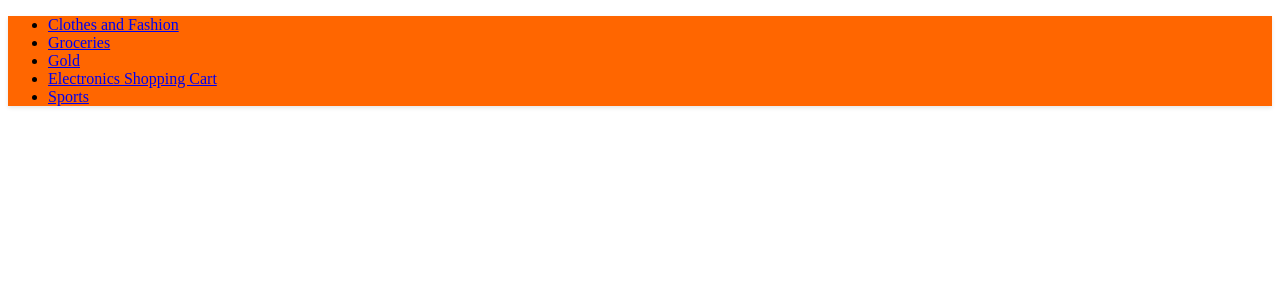
Repository: Maheshbabur789/BookStore
Page: MyLabs/OnlineMarketing/src/main/webapp/login.html
These files come from the project's save history. The page is drawn as it stood at one moment and after the next save; the edit follows.
The browser window is 1280 px wide. The pictures show the whole page.

Above is the page before, as saved 2024-11-07 11:18:23.

### MyLabs/OnlineMarketing/src/main/webapp/login.html
<!DOCTYPE html>
<html>
<head>
<meta charset="UTF-8">
<title>Insert title here</title>

<style>
    header {
    background-color: #ff6600; /* Change this color to your desired header background color */
    box-shadow: 0 2px 4px rgba(0, 0, 0, 0.1);
}
</style>
</head>
<body>
 <header>
        <nav>
            <ul>
                <li><a href="#products">Clothes and Fashion</a></li>
                <li><a href="#categories">Groceries</a></li>
                <li><a href="#deals">Gold</a></li>
                <li><a href="#cart">Electronics Shopping Cart</a></li>
                <li><a href="#cart">Sports</a></li>
            </ul>
        </nav>
    </header></body>
</html>

After the next save:
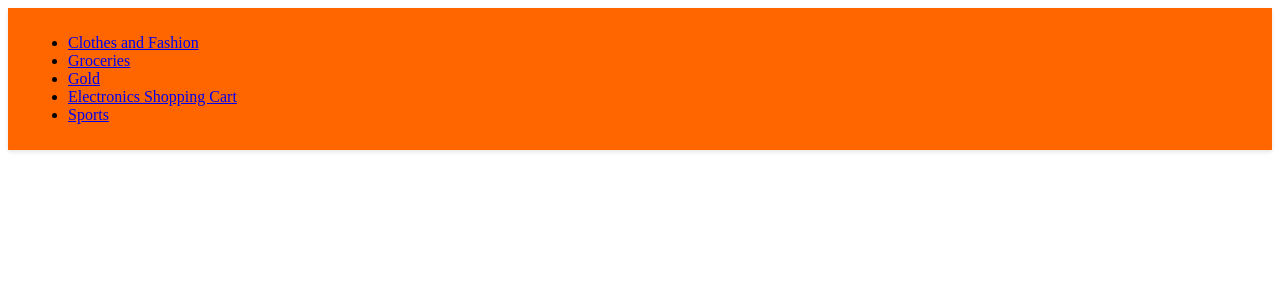
Saved 29 s later.
--- a/MyLabs/OnlineMarketing/src/main/webapp/login.html
+++ b/MyLabs/OnlineMarketing/src/main/webapp/login.html
@@ -8,6 +8,13 @@
     header {
     background-color: #ff6600; /* Change this color to your desired header background color */
     box-shadow: 0 2px 4px rgba(0, 0, 0, 0.1);
+
+    nav {
+    display: flex;
+    justify-content: space-between;
+    align-items: center;
+    padding: 10px 20px;
+}
 }
 </style>
 </head>
